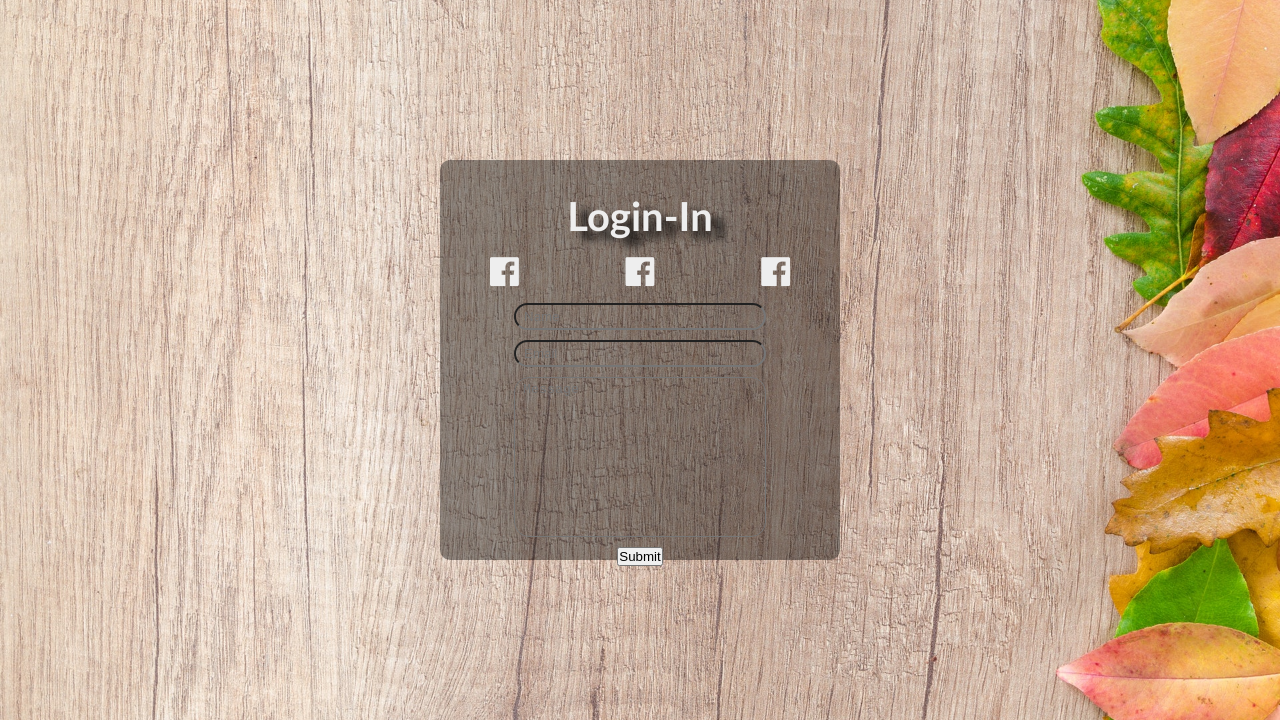
Repository: imedakrouti/BookStore
Page: ex.html
The author's editor kept a copy of each file at every save. The page is drawn from the files as they stood at one save, then again after the next save.
The browser window is 1280 px wide. The pictures show the whole page.
Some web libraries are served in a nearby version.

Above is the page before, as saved 2020-05-08 15:42:14.

### ex.html
<!DOCTYPE html>
<html lang="en">
<head>
    <meta charset="UTF-8">
    <meta name="viewport" content="width=device-width, initial-scale=1.0">
    <link rel="stylesheet" href="https://use.fontawesome.com/releases/v5.0.10/css/all.css" integrity="sha384-+d0P83n9kaQMCwj8F4RJB66tzIwOKmrdb46+porD/OvrJ+37WqIM7UoBtwHO6Nlg" crossorigin="anonymous">

    <title>Document</title>
</head>
<style>
    *{
        margin: 0;
        padding: 0;
        box-sizing: border-box;
    }
    .contact{
        height: 100vh;
        background:url('images/img/wood-bg.jpeg')no-repeat center center/cover;
        display: flex;
        flex-direction: column;
        align-items: center;
        justify-content: center;
    }
    .form-contact{
        width: 400px;
        height: 400px;
        padding: 20px;
        background:rgba(0,0,0,.4);
        text-align: center;
        border-radius:10px;
    }
    .form-contact h2{
        font-size: 40px;
        font-family: 'Gill Sans', 'Gill Sans MT', Calibri, 'Trebuchet MS', sans-serif;
        color:#eee;
        margin:12px 0;
        text-transform: capitalize;
        text-shadow: 12px 8px 9px #000;
    }
    .social-media{
       display: flex;
       justify-content: space-between;
       margin:15px 30px;
    }
    .social-media i{
        font-size: 33px;
        color:#eee;
    }
    .form-contact input[type='text'],
    .form-contact input[type='email'],
    .form-contact textarea{
        display: block;
        padding:4px 8px;
        margin: 10px auto;
        width: 70%;
        resize: none;
        background:transparent;
        border-radius:15px;
        outline: none;

    }
    /* header{
    height: 100vh;
    background:linear-gradient(rgba(234,236,244,0.6),rgba(123,120,111,0.7)),url('images/img/header-bg.jpeg')no-repeat fixed center /cover;
    clip-path: polygon(0 0, 100% 0, 100% 90%, 0 100%);
    display: flex;
    align-items: center;
    justify-content: center;
  }
    .nav{
        align-self: flex-start;
        position: absolute;
        padding: 30px;
        width: 100%;
        display: flex;
        justify-content: space-between;
    }
    ul{
      display: flex;
     align-items: center;

    }
    .text-center{
        text-align: center;
    }
    .text-center a{
        display: block;
        margin-bottom: 8px;
        padding: 4px 20px;
        background: transparent;
        text-decoration: none;
        border:1px solid yellow;
        color:yellow
    }
    .text-center a:hover{
        background:yellow;
        color:#eee
    }
    ul li{
        list-style: none;
        margin: 0 30px;
    }
    ul li a{
        text-decoration: none;
       padding: 0.75rem;
       margin: 0.025rem;
        color:#eee;
        background:#444;
        font-size: 20px;
        font-family: Cambria, Cochin, Georgia, Times, 'Times New Roman', serif;
        text-transform: uppercase;
        border-radius: 12px;
    }
    @media screen and (max-width: 500px){
        .nav a img{
            width: 80px;
            height: 80px;
        }
        .nav ul{
            display: block;
        }
    } */

</style>
<body>
    <!-- <header>
        <div class="nav">
                <a href=""><img src="images/img/book.png" alt="" width="200px"height="30px"></a>

            <ul>
                <li><a href="">home</a></li>
                <li><a href="">home</a></li>
                <li><a href="">home</a></li>
                <li><a href="">home</a></li>

            </ul>
        </div>
        <div class="logo text-center">
            <p>Lorem ipsum dolor sit amet consectetur adipisicing elit. Placeat, adipisci repudiandae.</p>
            <a href="">aaaa</a>
            <a href="">aaaa</a>
        </div>
    </header> -->
    <section class="contact">
        <form action=""class="form-contact">
            <h2>Login-in</h2>
            <div class="social-media">
                <i class="fab fa-facebook fa-3x fa-circle"> </i>
                <i class="fab fa-facebook fa-3x"> </i>
                <i class="fab fa-facebook fa-3x"> </i>
            </div>

              <input type="text" class="form-control" name="" id="" aria-describedby="helpId" placeholder="Name">
              <input type="email" class="form-control" name="" id="" aria-describedby="helpId" placeholder="Email">
             <textarea name="" id="" cols="30" rows="10"placeholder="Message"></textarea>
             <button type="submit" class="btn btn-primary">Submit</button>
        </form>
    </section>

</body>
</html>

After the next save:
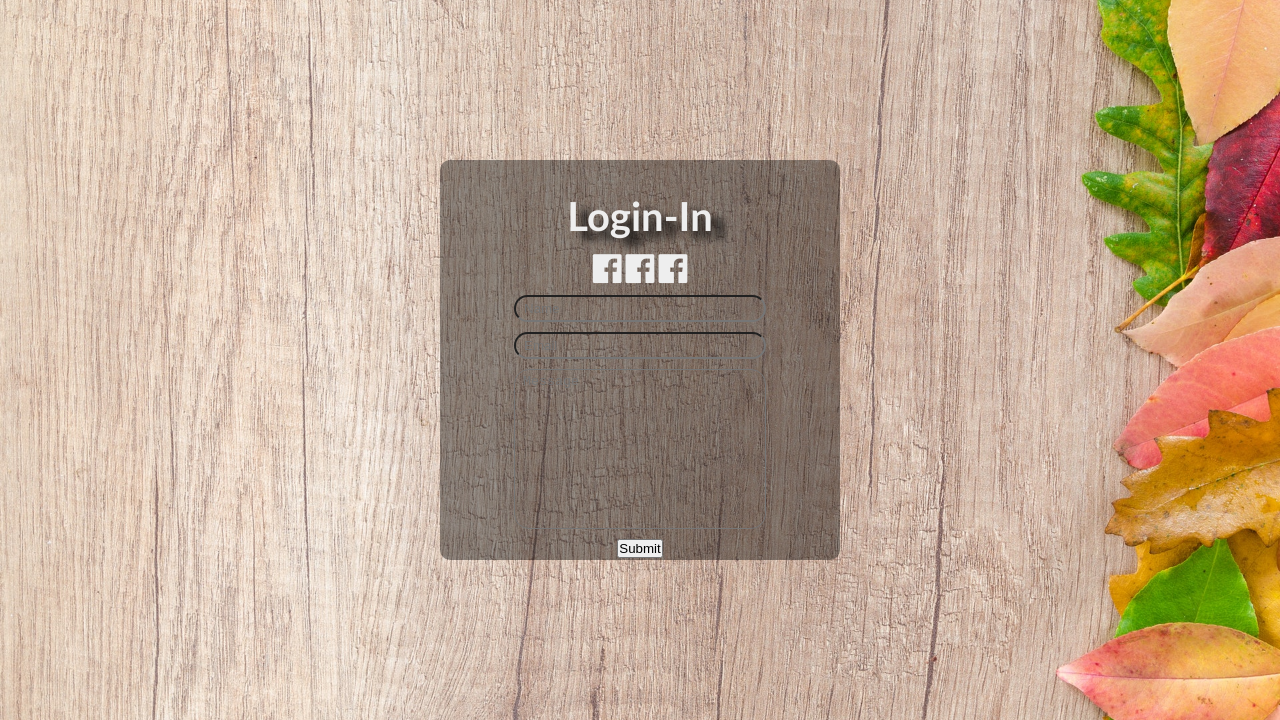
Saved 9 s later.
--- a/ex.html
+++ b/ex.html
@@ -38,9 +38,7 @@
         text-shadow: 12px 8px 9px #000;
     }
     .social-media{
-       display: flex;
-       justify-content: space-between;
-       margin:15px 30px;
+
     }
     .social-media i{
         font-size: 33px;
